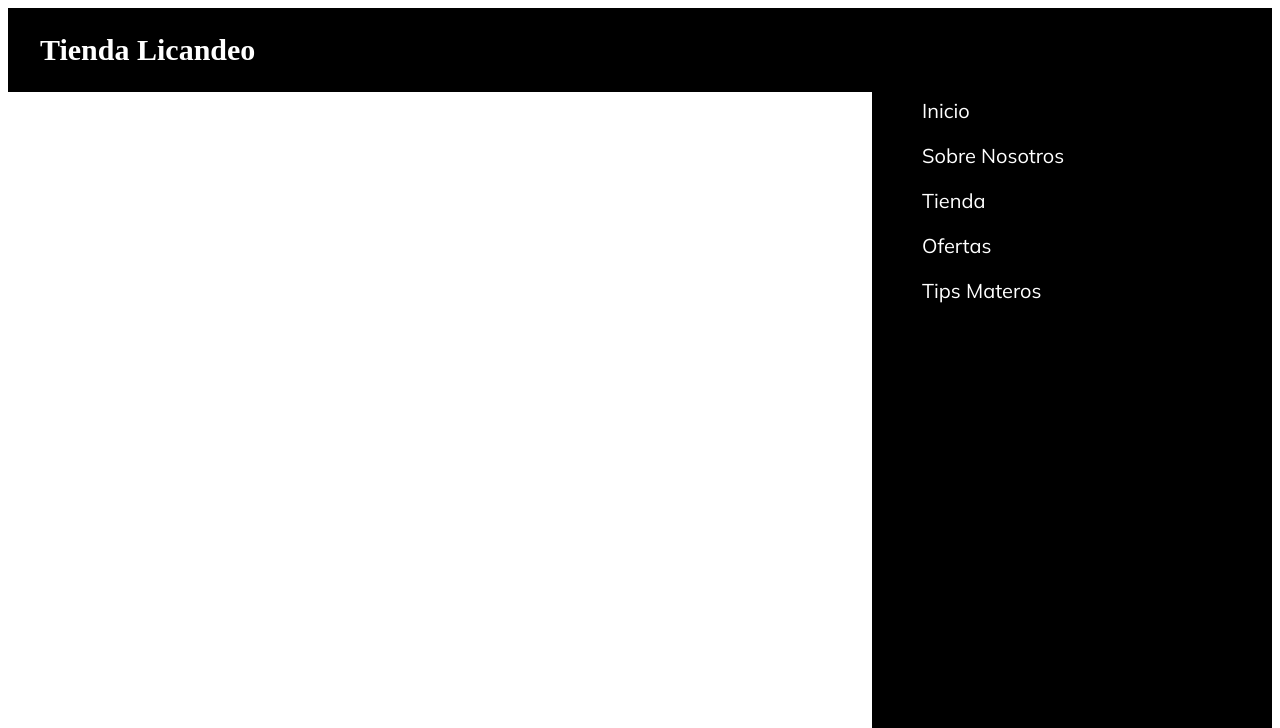
Repository: PiaTrujillo/LICANDEO-main
Page: index.html
The author's editor kept a copy of each file at every save. The page is drawn from the files as they stood at one save, then again after the next save.
The browser window is 1280 px wide. The pictures show the whole page.
Some web fonts or font styles are not loaded; a fallback is used. Some web libraries are served in a nearby version.

Above is the page before, as saved 2023-04-27 16:47:29.

After the next save:
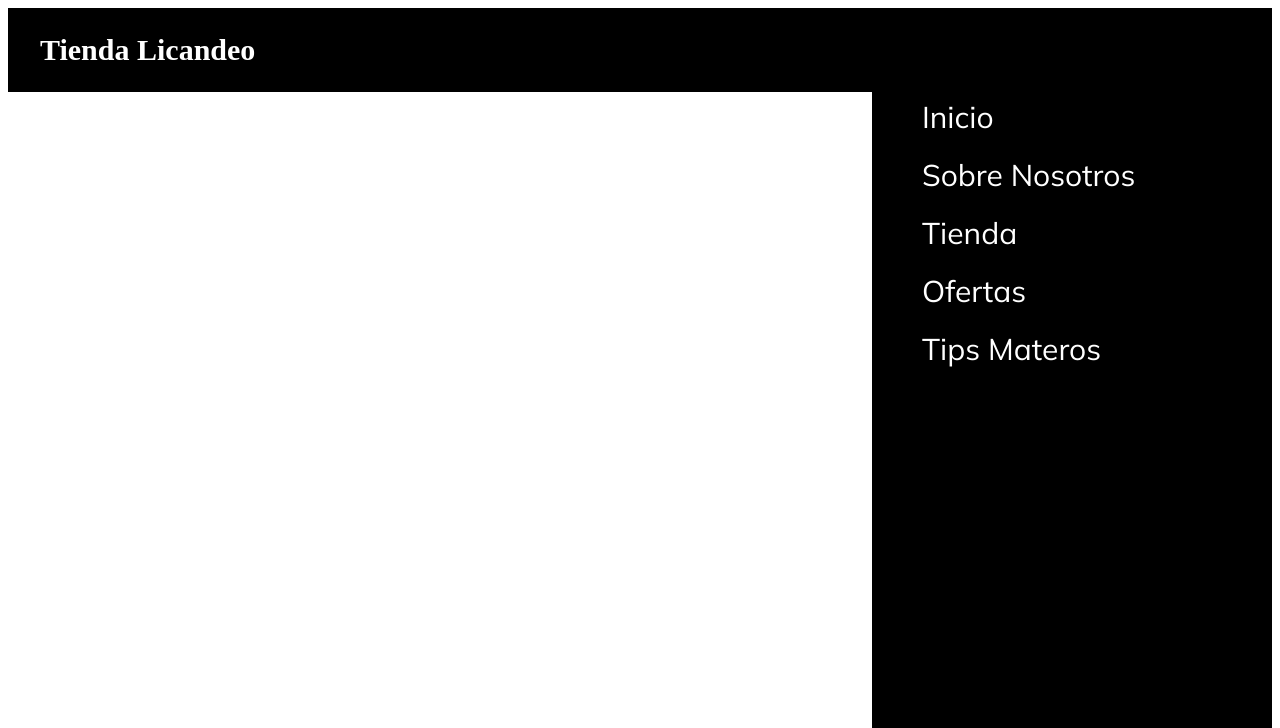
Saved 3 min 27 s later.
--- a/css/estilos.css
+++ b/css/estilos.css
@@ -43,12 +43,12 @@
     justify-content: space-between;
 }
 /*color para el logo y el menu*/
-.logo h2, .navegacion a {
+.logo h2, .navegacion a{
     color: var(--blanco);
 }
 /* quitar las lineas ubicadas abajo del menu de navegacion*/
-.navegacion a {
+.navegacion a{
     text-decoration: none;
-    font-size: 2rem;
+    font-size: 3rem;
     padding: 1rem;
 }

After the save that followed:
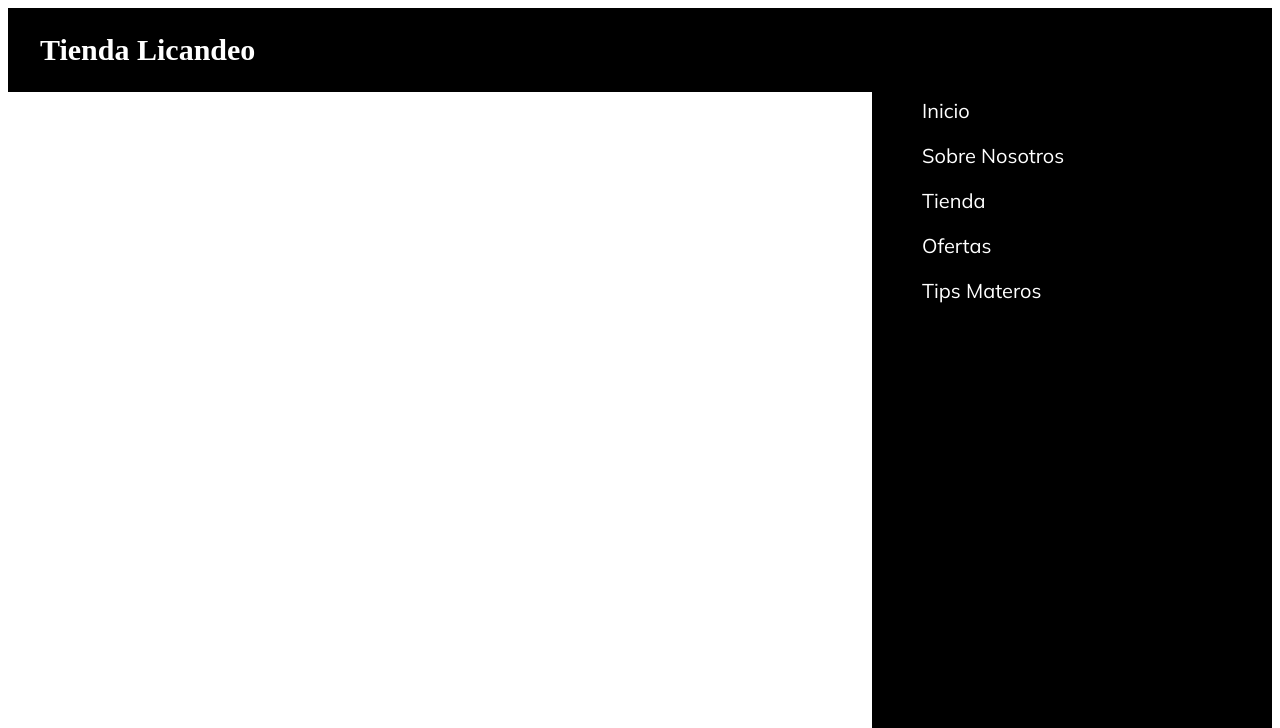
Saved 6 s later.
--- a/css/estilos.css
+++ b/css/estilos.css
@@ -49,6 +49,6 @@
 /* quitar las lineas ubicadas abajo del menu de navegacion*/
 .navegacion a{
     text-decoration: none;
-    font-size: 3rem;
+    font-size: 2rem;
     padding: 1rem;
 }
